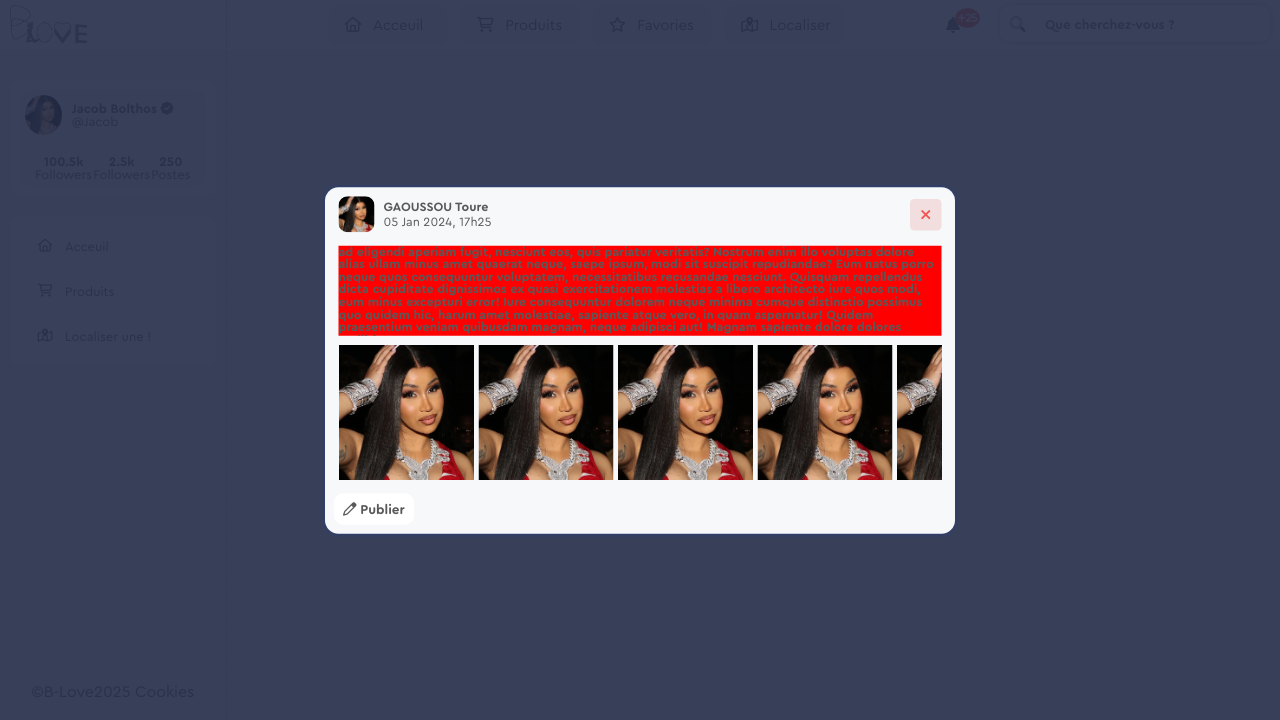
Repository: moomoony-log/b-love
Page: /home
An editor plug-in stored every save of this project. The page is shown before and after the next save, followed by the edit.
The browser window is 1280 px wide. The pictures show the whole page.
Pictures or frames that could not be fetched are drawn as grey boxes. The project was rebuilt for these pictures with package versions that can differ from the ones it lists, and the page was loaded fresh each time. Also part of the build but not shown: vite.config.ts, src/rules/legacy.tsx, src/rules/privacy.tsx, src/components/basic/notification.tsx, src/view/auth.tsx, src/view/main/acceuil.tsx, src/view/main/dashbord.tsx, src/view/main/info-account.tsx and 3 more.

Above is the page before, as saved 2025-10-15 15:03:15.

After the next save:
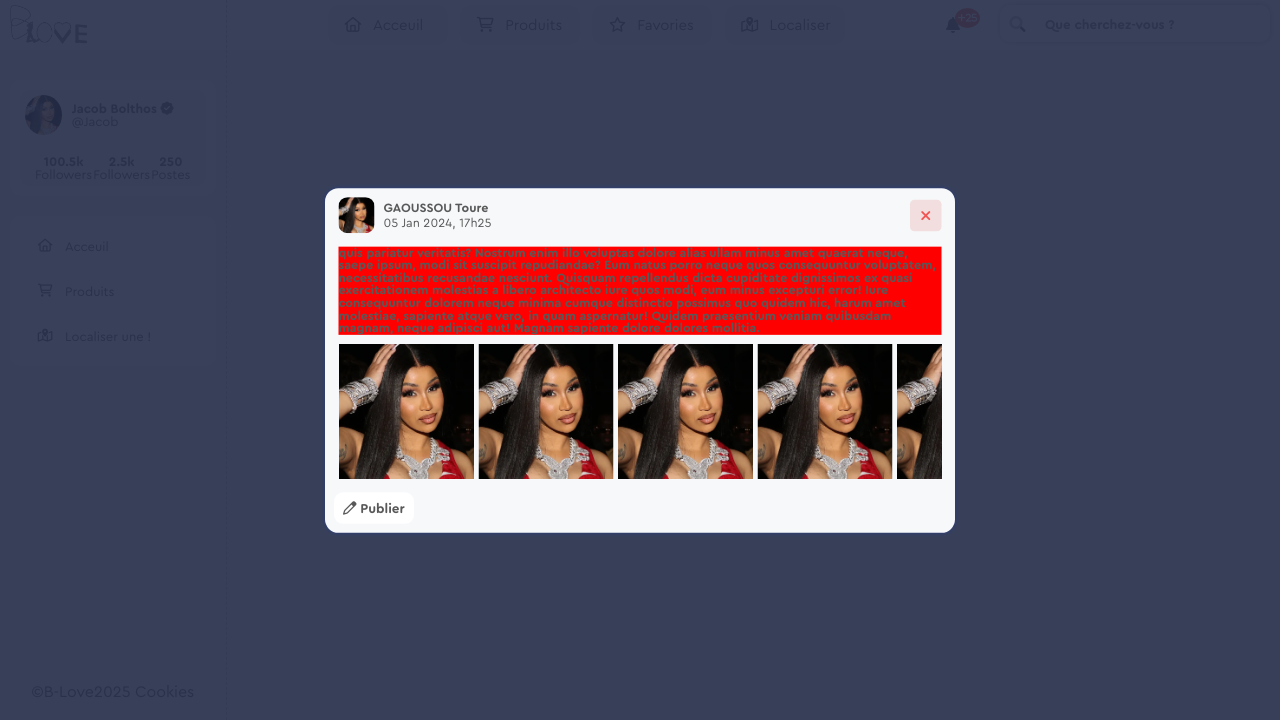
Saved 8 s later.
--- a/src/components/basic/modals/pubItem.tsx
+++ b/src/components/basic/modals/pubItem.tsx
@@ -17,7 +17,7 @@ const ItemPub = () => {
                     </div>
                     <div className="body">
                         <div className="about-pub" data-data>
-                            ad eligendi aperiam fugit, nesciunt eos, quis pariatur veritatis? Nostrum enim illo voluptas dolore alias ullam minus amet quaerat neque, saepe ipsum, modi sit suscipit repudiandae? Eum natus porro neque quos consequuntur voluptatem, necessitatibus recusandae nesciunt. Quisquam repellendus dicta cupiditate dignissimos ex quasi exercitationem molestias a libero architecto iure quos modi, eum minus excepturi error! Iure consequuntur dolorem neque minima cumque distinctio possimus quo quidem hic, harum amet molestiae, sapiente atque vero, in quam aspernatur! Quidem praesentium veniam quibusdam magnam, neque adipisci aut! Magnam sapiente dolore dolores mollitia.
+                            quis pariatur veritatis? Nostrum enim illo voluptas dolore alias ullam minus amet quaerat neque, saepe ipsum, modi sit suscipit repudiandae? Eum natus porro neque quos consequuntur voluptatem, necessitatibus recusandae nesciunt. Quisquam repellendus dicta cupiditate dignissimos ex quasi exercitationem molestias a libero architecto iure quos modi, eum minus excepturi error! Iure consequuntur dolorem neque minima cumque distinctio possimus quo quidem hic, harum amet molestiae, sapiente atque vero, in quam aspernatur! Quidem praesentium veniam quibusdam magnam, neque adipisci aut! Magnam sapiente dolore dolores mollitia.
                         </div>
                         <div className="medias-cont">
                             <div className="cont-account-img" data-name="pub-item-img"><img src="../img/cardi_b.webp"/></div>
